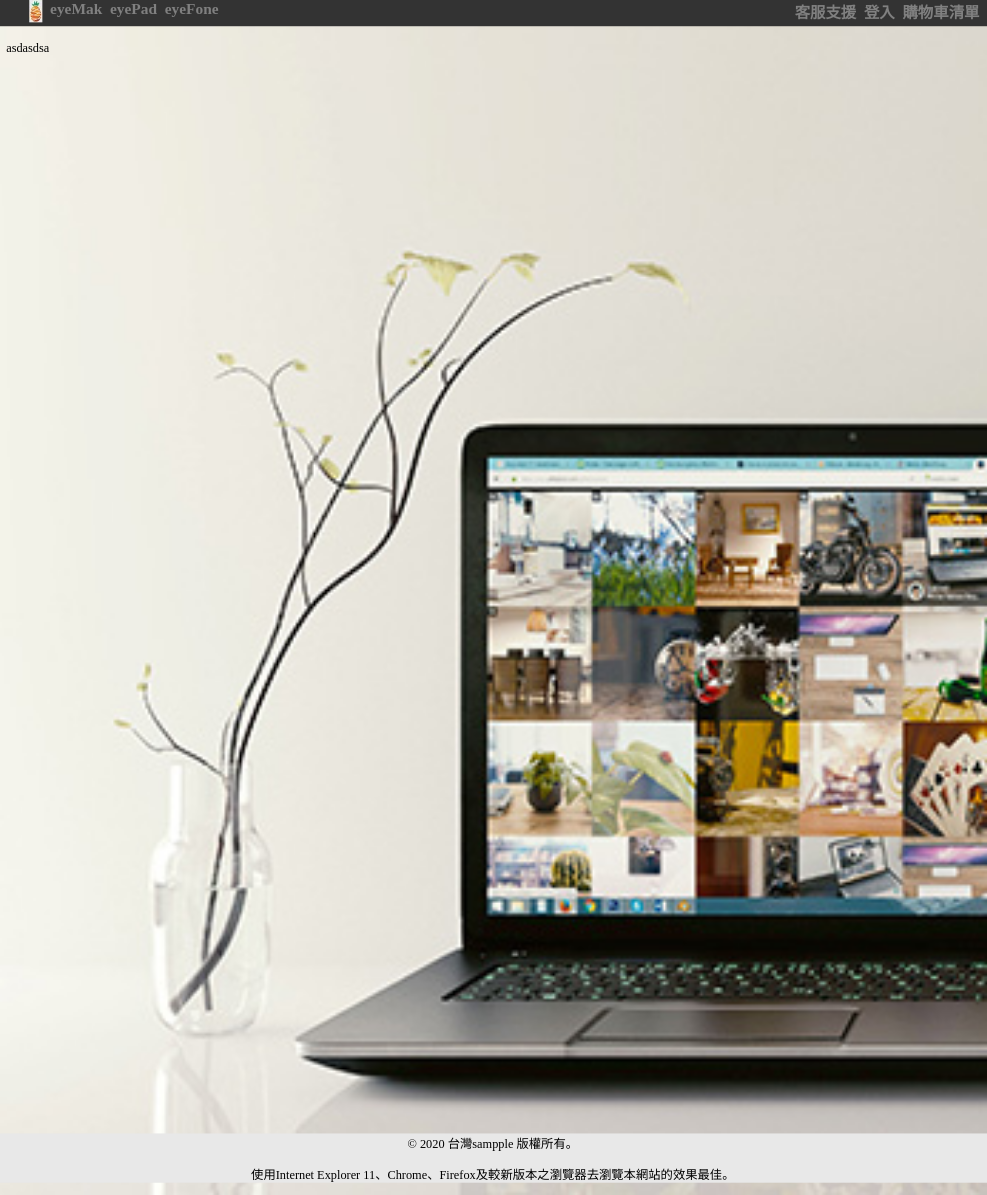
Repository: Vincent4142/NewFinalProject
Page: http://localhost/FinalProject/
An editor plug-in stored every save of this project. The page is shown before and after a run of saves, followed by the edit.
The browser window is 1280 px wide. The page is 1282 px wide, so the pictures cover 1282 px, including what lies to the right of the window. The pictures show the whole page, at 77% of full size.
The page is served by Tomcat 9. Other server files are loaded and not shown.

Above is the page before, as saved 2020-04-09 05:56:12.

### FinalProject/WebContent/index.jsp
<%@ page language="java" contentType="text/html; charset=UTF-8"
    pageEncoding="UTF-8"%>

<!DOCTYPE html>
<html>
<head>
<meta charset="UTF-8">
<title>index</title>
<style type="text/css">

	body{
		background-image: url(img/indexbackground.jpg);
		background-repeat: no-repeat;
    	background-size: cover;
	}

</style>
</head>
<body>

<%@ include file="fragment/indexTOP.jsp" %>



asdasdsa



<%@ include file="fragment/indexBOTTOM.jsp" %>
</body>
</html>

### FinalProject/WebContent/fragment/indexTOP.jsp
<%@ page language="java" contentType="text/html; charset=UTF-8"
	pageEncoding="UTF-8"%>
<!DOCTYPE html>
<html>
<head>
<meta charset="UTF-8">
<title>indexTOP</title>

<style type="text/css">
.nav {
	margin-top: -20px;
	margin-left: -10px;
	margin-right: -10px;
	background-color: black;
}
/* 主UL */
.navul {
	background: rgba(255, 255, 255, 0.2);
	list-style-type: none;
	font-weight: bolder;
	font-size: 20px;
	overflow: auto;
}

.navul li {
	border-radius: 5px;
	margin-left: 0px;
	margin-right: 10px;
	float: left;
	display: block;
	position: static;
}

.navul li a {
	text-decoration: none;
	color: gray;
}

.navul li a:hover {
	color: white;
}

#navright {
	float: right;
}
</style>

</head>
<body>

	<nav class="nav" style="text-align: center;">

		<ul class="navul">
			<li><a href="index.jsp"><img alt="logo" src="img/pineapple.jpg"></a></li>
			<li><a href="eyeMakPage.jsp">eyeMak</a></li>
			<li><a href="eyePadPage.jsp">eyePad</a></li>
			<li><a href="eyeFonePage.jsp">eyeFone</a></li>

			<div id="navright">
				<li><a href="customerServicePage.jsp">客服支援</a></li>
				<li><a href="LoginPage.jsp">登入</a></li>
				<li><a href="shoppingcartPage.jsp">購物車清單</a></li>
			</div>
		</ul>

	</nav>

</body>
</html>

### FinalProject/WebContent/fragment/indexBOTTOM.jsp
<%@ page language="java" contentType="text/html; charset=UTF-8"
    pageEncoding="UTF-8"%>
<!DOCTYPE html>
<html>
<head>
<meta charset="UTF-8">
<title>indexBOTTOM</title>

<style type="text/css">

	#bottom{
		background-color:#E8E8E8;
		text-align: center;
		margin-top: 1400px;
  		margin-left: -10px;
	margin-right: -10px;
	}

</style>

</head>
<body>
	<div id="bottom">
		<p>© 2020 台灣sampple 版權所有。</p>

		<p>使用Internet Explorer 11、Chrome、Firefox及較新版本之瀏覽器去瀏覽本網站的效果最佳。</p>
	</div>
</body>
</html>

After the next 2 saves:
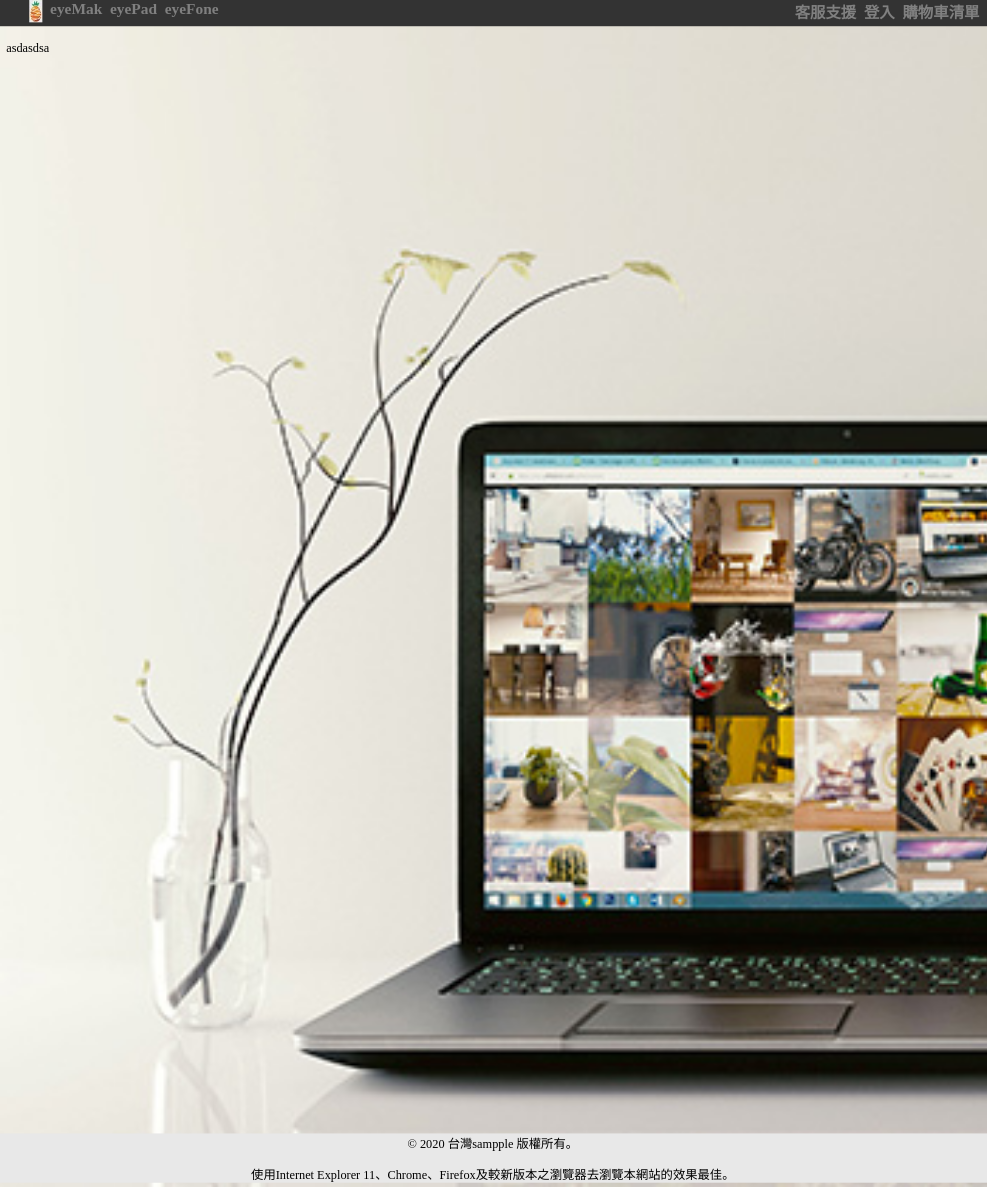
The 2 saves are shown as one change because they came seconds apart.
The last was saved 30 s later.
--- a/FinalProject/WebContent/fragment/indexBOTTOM.jsp
+++ b/FinalProject/WebContent/fragment/indexBOTTOM.jsp
@@ -13,7 +13,8 @@
 		text-align: center;
 		margin-top: 1400px;
   		margin-left: -10px;
-	margin-right: -10px;
+		margin-right: -10px;
+		margin-bottom: -10px;
 	}
 
 </style>
